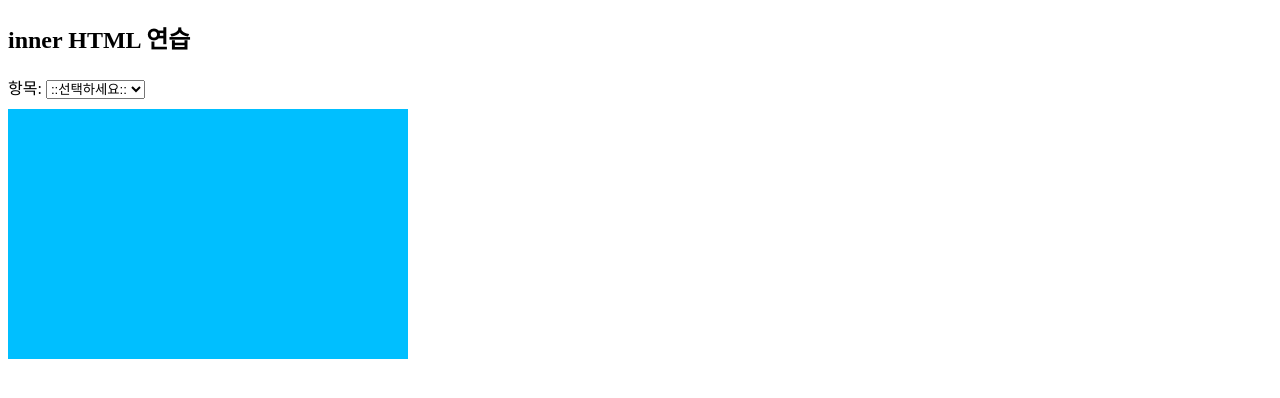
Repository: CHOKIHO/html
Page: work/0109/WebContent/ex7_JS_innerHTML2.html
An editor plug-in stored every save of this project. The page is shown before and after the next save, followed by the edit.
The browser window is 1280 px wide. The pictures show the whole page.

Above is the page before, as saved 2017-01-09 06:57:12.

After the next save:
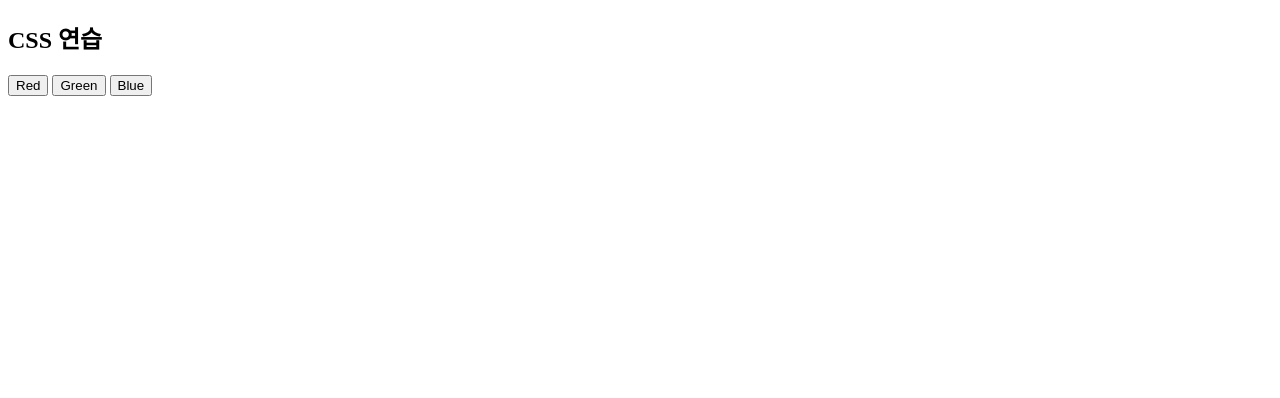
Console error: SyntaxError: Unexpected token '{'
Saved 36 min 33 s later.
--- a/work/0109/WebContent/ex7_JS_innerHTML2.html
+++ b/work/0109/WebContent/ex7_JS_innerHTML2.html
@@ -9,7 +9,6 @@
 		width:400px;
 		height:250px;
 		border: ipx solid #999;
-		background-color: #00bfff;
 		margin-top: 10px;
 		padding:20px
 		font-weight: bold;
@@ -20,24 +19,22 @@
 
 <script type="text/javascript">
 
-	function exe(idx) {
+	function setBg(v1) {
 
-		var msg="";
-
-		switch (idx) {
-			case 1:
-				msg="아름다운 여신같은 차"
+		var color="";
+		swicth (v1) {
+			case "Red":
+				color="#f00";
 				break;
-			case 2:
-				msg="우아한 멋진 귀부인같은 차"
-				break;
-			case 3:
-				msg="타보고 싶은 차"
-				break;
+			case "Green":
+				color="#0f0";
+			case "Blue":
+				color="#00f"
 		}
 
-		var box = document.getElementById("box");
-		box.innerHTML=msg;
+		var box =document.getelementById("box");
+
+		box.style.background=color;    /* 스타일로 지정해야함 */
 
 	}
 
@@ -46,16 +43,13 @@
 </head>
 <body>
 
-	<h2>inner HTML 연습</h2>
-	<form action="">
-		<label for="a1">항목:</label>
-		<select id="a1" onchange="exe(this.selectedIndex)">  <!-- index값은 this.selectedIndex, value값:this.value -->
-			<option>::선택하세요::</option>
-			<option value="a">아우디R8</option>
-			<option value="b">벤틀리</option>
-			<option value="g">제네시스</option>
-		</select>
-	</form>
+	<h2>CSS 연습</h2>
+
+	<input type="button" value="Red" onclick="setBg(this.value)">
+	<input type="button" value="Green" onclick="setBg(this.value)">
+	<input type="button" value="Blue" onclick="setBg(this.value)">
+
+
 	<div id="box"></div>
 
 </body>
